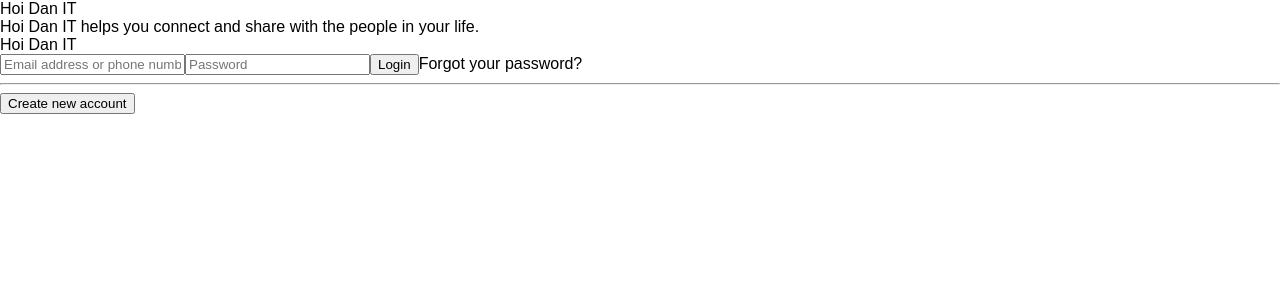
Repository: minhtien9/jwt_Reactjs_Frontend
Page: /login
The author's editor kept a copy of each file at every save. The page is drawn from the files as they stood at one save, then again after the next save.
The browser window is 1280 px wide. The pictures show the whole page.
The project was rebuilt for these pictures with package versions that can differ from the ones it lists, and the page was loaded fresh each time. Also part of the build but not shown: src/App.scss, src/components/Navigation/Nav.js.

Above is the page before, as saved 2022-05-23 10:04:40.

### src/index.js
import React from 'react'
import ReactDOM from 'react-dom'
import App from './App'
import reportWebVitals from './reportWebVitals'

ReactDOM.render(
    <React.StrictMode>
        <App />
    </React.StrictMode>,
    document.getElementById('root')
)

// If you want to start measuring performance in your app, pass a function
// to log results (for example: reportWebVitals(console.log))
// or send to an analytics endpoint. Learn more: https://bit.ly/CRA-vitals
reportWebVitals()

### src/App.js
import './App.scss'
import Nav from './components/Navigation/Nav'
import { BrowserRouter as Router, Switch, Route, Link } from 'react-router-dom'
import Login from './components/Login/Login'

function App() {
    return (
        <Router>
            <div className='app-container'>
                {/* <Nav /> */}
                <Switch>
                    <Route path='/news'>new</Route>
                    <Route path='/about'>about</Route>
                    <Route path='/contact'>contact</Route>
                    <Route path='/login' exact>
                        <Login />
                    </Route>
                    <Route path='/' exact>
                        home
                    </Route>
                    <Route path='*'>404 Not Found</Route>
                </Switch>
            </div>
        </Router>
    )
}

export default App

### src/components/Login/Login.js
import React from 'react'

const Login = (props) => {
    return (
        <div className='login-container '>
            <div className='container'>
                <div className='row px-3 px-sm-0'>
                    <div className='content-left col-12 d-none col-sm-7 d-sm-block'>
                        <div className='brand'>Hoi Dan IT</div>
                        <div className='detail'>
                            Hoi Dan IT helps you connect and share with the
                            people in your life.
                        </div>
                    </div>
                    <div className='content-right col-sm-5 col-12 d-flex flex-column gap-3 py-3'>
                        <div className='brand d-sm-none'>Hoi Dan IT</div>
                        <input
                            type='text'
                            className='form-control'
                            placeholder='Email address or phone number'
                        />
                        <input
                            type='password'
                            className='form-control'
                            placeholder='Password'
                        />
                        <button className='btn btn-primary'>Login</button>
                        <span className='text-center'>
                            Forgot your password?
                        </span>
                        <hr />
                        <div className='text-center'>
                            <button className='btn btn-success'>
                                Create new account
                            </button>
                        </div>
                    </div>
                </div>
            </div>
        </div>
    )
}

export default Login

### src/components/Navigation/Nav.scss
body {
    margin: 0;
    font-family: Arial, Helvetica, sans-serif;
}

.topnav {
    overflow: hidden;
    background-color: #333;
    a {
        float: left;
        color: #f2f2f2;
        text-align: center;
        padding: 14px 16px;
        text-decoration: none;
        font-size: 17px;
    }

    a:hover {
        background-color: #ddd;
        color: black;
    }

    a.active {
        background-color: #04aa6d;
        color: white;
    }
}

Loaded but not shown: public/index.html (common file); src/reportWebVitals.js (common file)

After the next save:
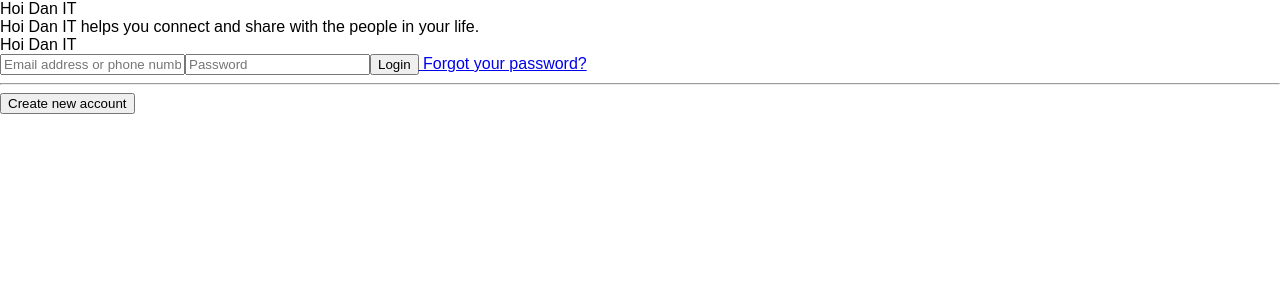
Saved 44 s later.
--- a/src/components/Login/Login.js
+++ b/src/components/Login/Login.js
@@ -26,7 +26,7 @@ const Login = (props) => {
                         />
                         <button className='btn btn-primary'>Login</button>
                         <span className='text-center'>
-                            Forgot your password?
+                            <a href='#'> Forgot your password?</a>
                         </span>
                         <hr />
                         <div className='text-center'>
